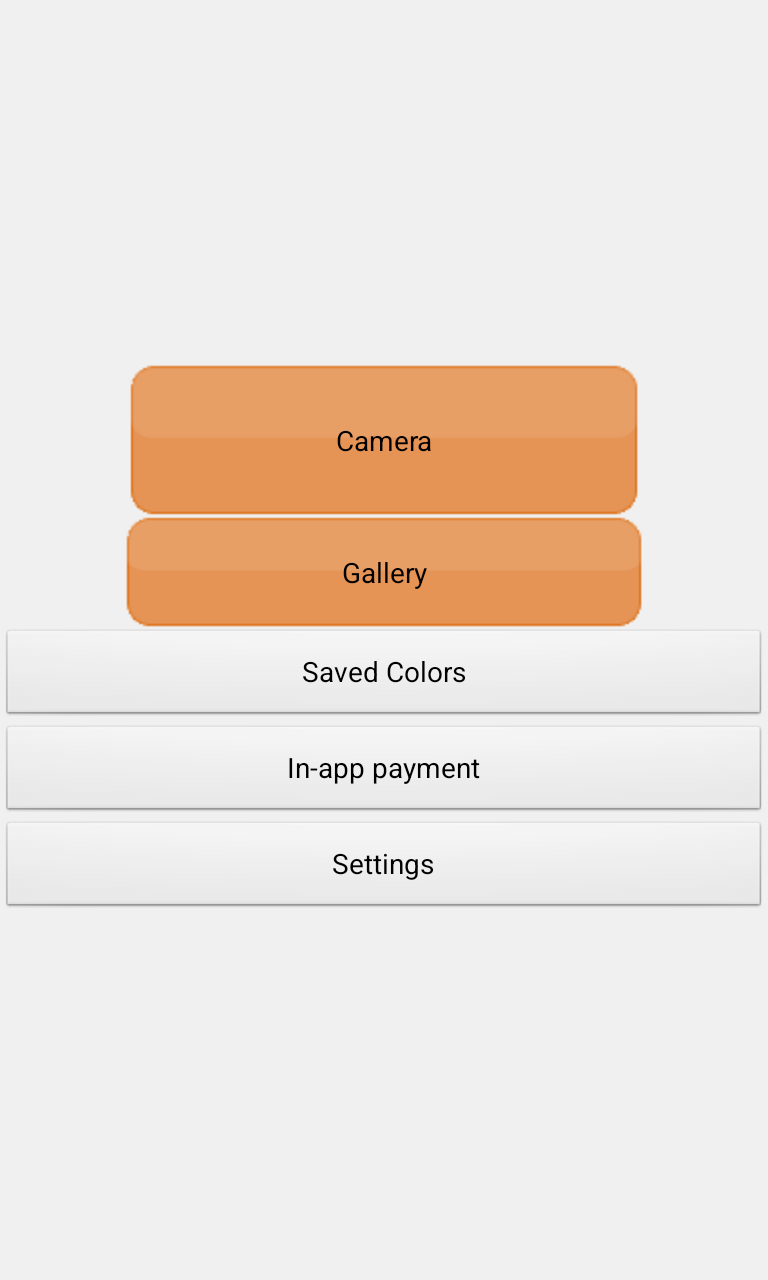
Repository: jwanglof/Rangi
Layout: client/Rangi/res/layout/mainmenu.xml
These files come from the project's save history. The layout is drawn as it stood at one moment and after the next save; the edit follows.
It is drawn on a 768 x 1280 px phone screen (xhdpi) without system bars, with theme android:Theme.NoTitleBar; the app's code is not run.

Above is the layout before, as saved 2012-11-01 14:21:10.

After the next save:
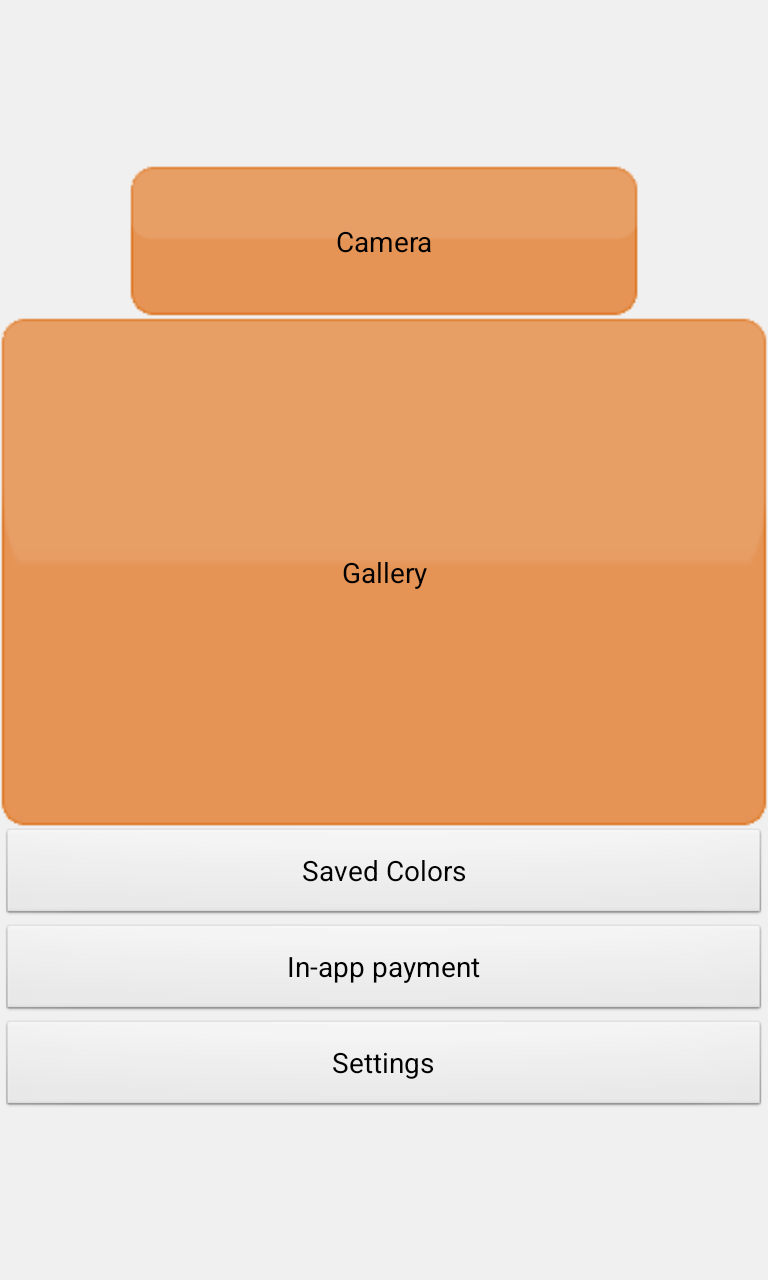
Saved 4 min 1 s later.
--- a/client/Rangi/res/layout/mainmenu.xml
+++ b/client/Rangi/res/layout/mainmenu.xml
@@ -17,8 +17,8 @@
 
     <Button
         android:id="@+id/gallery_button"
-        android:layout_width="259dp"
-        android:layout_height="56dp"
+        android:layout_width="fill_parent"
+        android:layout_height="255dp"
         android:background="@drawable/button_background"
         android:onClick="gallery"
         android:text="@string/gallery" />
